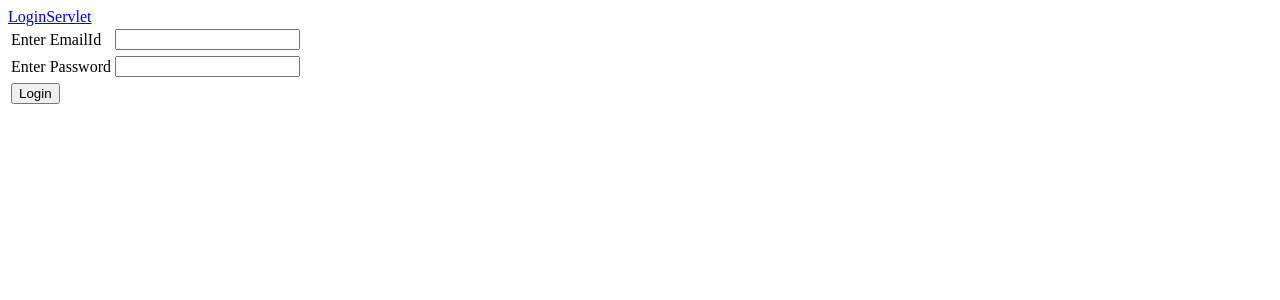
Repository: Praveenbelle08/Advance-JAVA
Page: workspace2/EmpWebApp/WebContent/Login.html
An editor plug-in stored every save of this project. The page is shown before and after the next save, followed by the edit.
The browser window is 1280 px wide. The pictures show the whole page.

Above is the page before, as saved 2024-01-05 10:35:56.

After the next save:
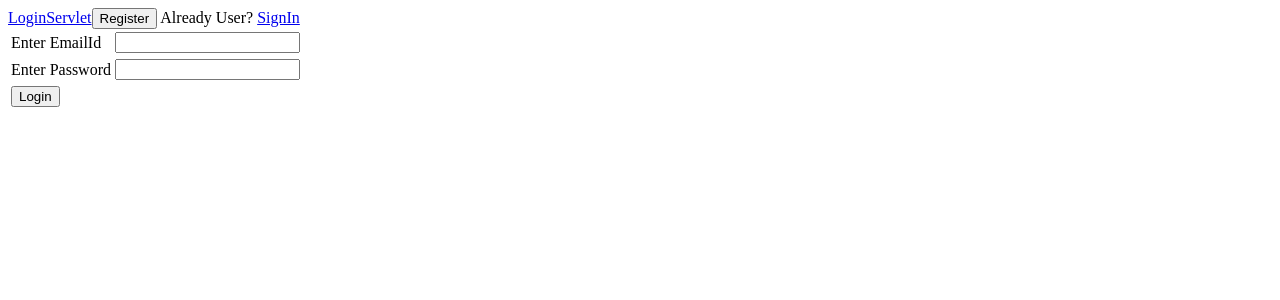
Saved 49 s later.
--- a/workspace2/EmpWebApp/WebContent/Login.html
+++ b/workspace2/EmpWebApp/WebContent/Login.html
@@ -23,6 +23,7 @@
 
 <tr>
 <td><button>Login</button></td>
+<button>Register</button> Already User? <a href="Login.html">SignIn</a>
 <tr/>
 
 
